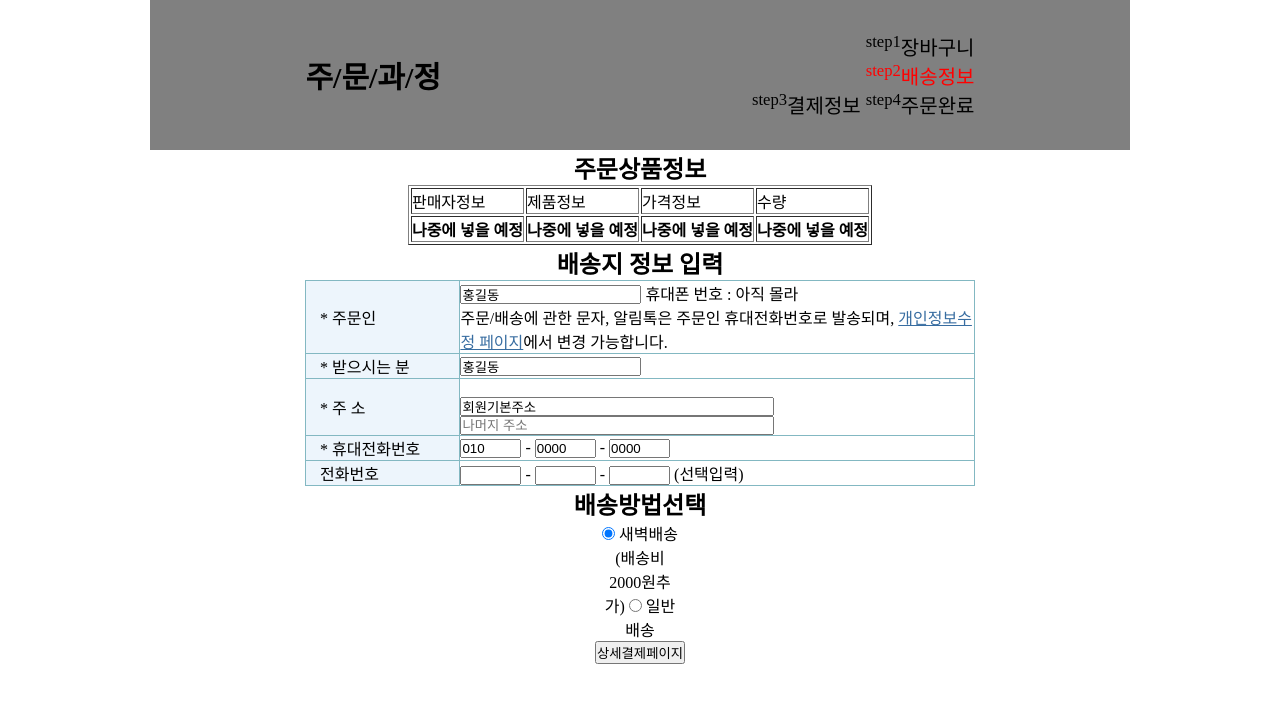
Repository: kym-1000/book
Page: http://localhost/book/WEB-INF/views/cart/ShippingInformation.jsp
The author's editor kept a copy of each file at every save. The page is drawn from the files as they stood at one save, then again after the next save.
The browser window is 1280 px wide. The pictures show the whole page.
The page is served by Tomcat 9. Nobody is signed in. Other server files are loaded and not shown. The template is opened directly, without the code that normally fills it, so the values that code supplies are empty.

Above is the page before, as saved 2023-01-02 05:23:05.

### book/book/src/main/webapp/WEB-INF/views/cart/ShippingInformation.jsp
<%@ page language="java" contentType="text/html; charset=UTF-8"
    pageEncoding="UTF-8"%>
<%@ taglib uri="http://java.sun.com/jsp/jstl/core" prefix="c" %>

<!DOCTYPE html>
<html>
<head>
<meta charset="UTF-8">
<title>Insert title here</title>
<style type="text/css">


	*{
		margin: auto;
		padding: 0;
		}


	#pagetop{
		margin-left: 150px;
		margin-right: 150px;
	    background-color: grey;
	    font-size: 20px;
		height: 150px;
		display : flex;
	  	/* justify-content : center; */
	  	align-items : center;
		}

	#productinfo{
		margin-left: 150px;
		margin-right: 150px;
		display : flex;
		align-items : center;
		}

	#DefaultAddr{
		margin-left: 150px;
		margin-right: 150px;
		display : flex;
		align-items : center;
		}

	#productprice{
		margin-left: 600px;
		margin-right: 600px;
		display : flex;
		align-items : center;
		border: 1 solid;
		text-align: center;
	}

	#btn{
		text-align: center;
		align-items : center;
		display : flex;
	}



</style>
</head>
<body>

	<div id="pagetop">
		<h2 style="text-align: left;">
			주/문/과/정
		</h2>
		<div style="text-align: right;">
		<sup>step1</sup>장바구니
		<div style="color: red">
		<sup>step2</sup>배송정보
		</div>
		<div></div>
		<sup>step3</sup>결제정보
		<sup>step4</sup>주문완료
		</div>
	</div>

		<h2 style="text-align: center;">
			주문상품정보
		</h2>

	<div id="productinfo">
		<table border="1">
			<tr>
				<td>판매자정보</td>
				<td>제품정보</td>
				<td>가격정보</td>
				<td>수량</td>
			</tr>
			<tr>
				<th>나중에 넣을 예정</td>
				<th>나중에 넣을 예정</td>
				<th>나중에 넣을 예정</td>
				<th>나중에 넣을 예정</td>
			</tr>
		</table>
	</div>

	<h2 style="text-align: center;">배송지 정보 입력</h2>

	<form action="/cart/pay" method="get">

		<div id="DefaultAddr">
			<table id="Table1" cellspacing="1" cellpadding="3" width="670" bgcolor="#83b8c2" border="0" align="center">
				<tbody>
				<tr>
					<td  bgcolor="#edf5fc" style="padding-left:14px; text-align: left; width: 23%"><span class="warning">* </span>주문인</td>
					<td bgcolor="#ffffff">
						<input type="text" name="OrdererName" class="form" value="홍길동" maxlength="20">

						 휴대폰 번호 : 아직 몰라 <br>주문/배송에 관한 문자, 알림톡은 주문인 휴대전화번호로 발송되며,  <a style="color:#386da1" href="#" target="_blank">개인정보수정 페이지</a>에서 변경 가능합니다.

					</td>
				</tr>
				<tr>
					<td bgcolor="#edf5fc" style="padding-left:14px; text-align: left; width: 23%"><span class="warning">* </span>받으시는 분</td>
					<td bgcolor="#ffffff"><input class="form" type="text" maxlength="20" value="홍길동" name="ReceiverName">

					</td>
				</tr>

				<tr>
					<td bgcolor="#edf5fc" style="padding-left:14px; text-align: left; width: 23%"><span class="warning">*</span>
						주 소</td>
					<td bgcolor="#ffffff">

							<br>
							<input type="text" id="Address1" name="Address1" class="form" style="width:310px" maxlength="50" readonly="readonly" value="회원기본주소">
							<br>
							<input type="text" id="Address2" name="Address2" class="form" style="width:310px" maxlength="100" value="" placeholder="나머지 주소">

					</td>
				</tr>
				<tr>
					<td bgcolor="#edf5fc" style="padding-left:14px; text-align: left; width: 23%"><span class="warning">* </span>휴대전화번호</td>
					<td bgcolor="#ffffff">
					<input class="form" type="text" maxlength="4" size="5" name="Hp1" value="010"> -
					 <input class="form" type="text" maxlength="4" size="5" name="Hp2" value="0000"> -
					  <input class="form" type="text" maxlength="4" size="5" name="Hp3" value="0000">


					</td>
				</tr>
				<tr>
					<td bgcolor="#edf5fc" style="padding-left:14px; text-align: left; width: 23%">
						전화번호</td>
					<td bgcolor="#ffffff">
					<input class="form" type="text" maxlength="4" size="5" name="Tel1" value=""> -
					 <input class="form" type="text" maxlength="4" size="5" name="Tel2" value=""> -
					  <input class="form" type="text" maxlength="4" size="5" name="Tel3" value=""> (선택입력)</td>
				</tr>
				</tbody></table>
		</div>

		<h2 style="text-align: center;">배송방법선택</h2>

		<div id="productprice" style="text-align: center;">
			<fieldset style="border: none;">
			  <label>
			    <input type="radio" name="contact" value="dawn" checked />
			    <span>새벽배송(배송비2000원추가)</span>
			  </label>

			  <label>
			    <input type="radio" name="contact" value="normal" />
			    <span>일반배송</span>
			  </label>
			</fieldset>

		</div>

		<button type="submit" id="btn" >상세결제페이지</button>

		</form>



</body>
</html>

After the next save:
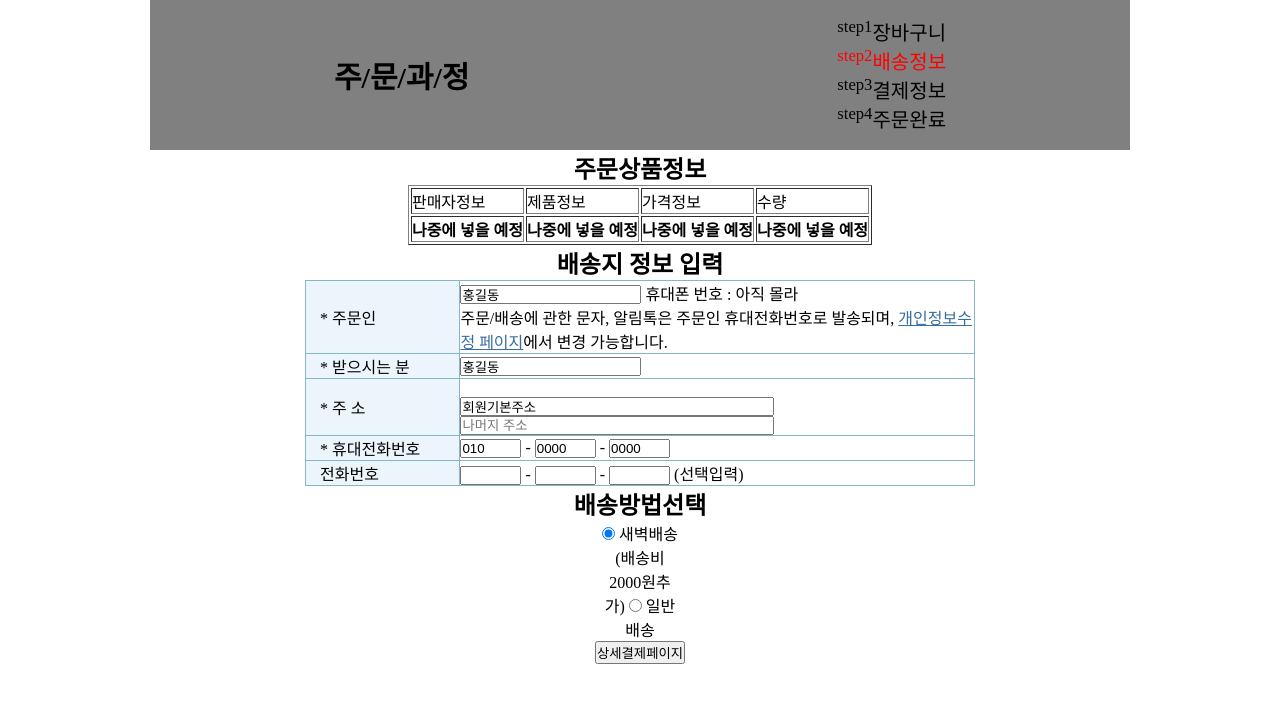
Saved 5 s later.
--- a/book/book/src/main/webapp/WEB-INF/views/cart/ShippingInformation.jsp
+++ b/book/book/src/main/webapp/WEB-INF/views/cart/ShippingInformation.jsp
@@ -71,8 +71,9 @@
 		<div style="color: red">
 		<sup>step2</sup>배송정보
 		</div>
-		<div></div>
+		<div>
 		<sup>step3</sup>결제정보
+		</div>
 		<sup>step4</sup>주문완료
 		</div>
 	</div>
